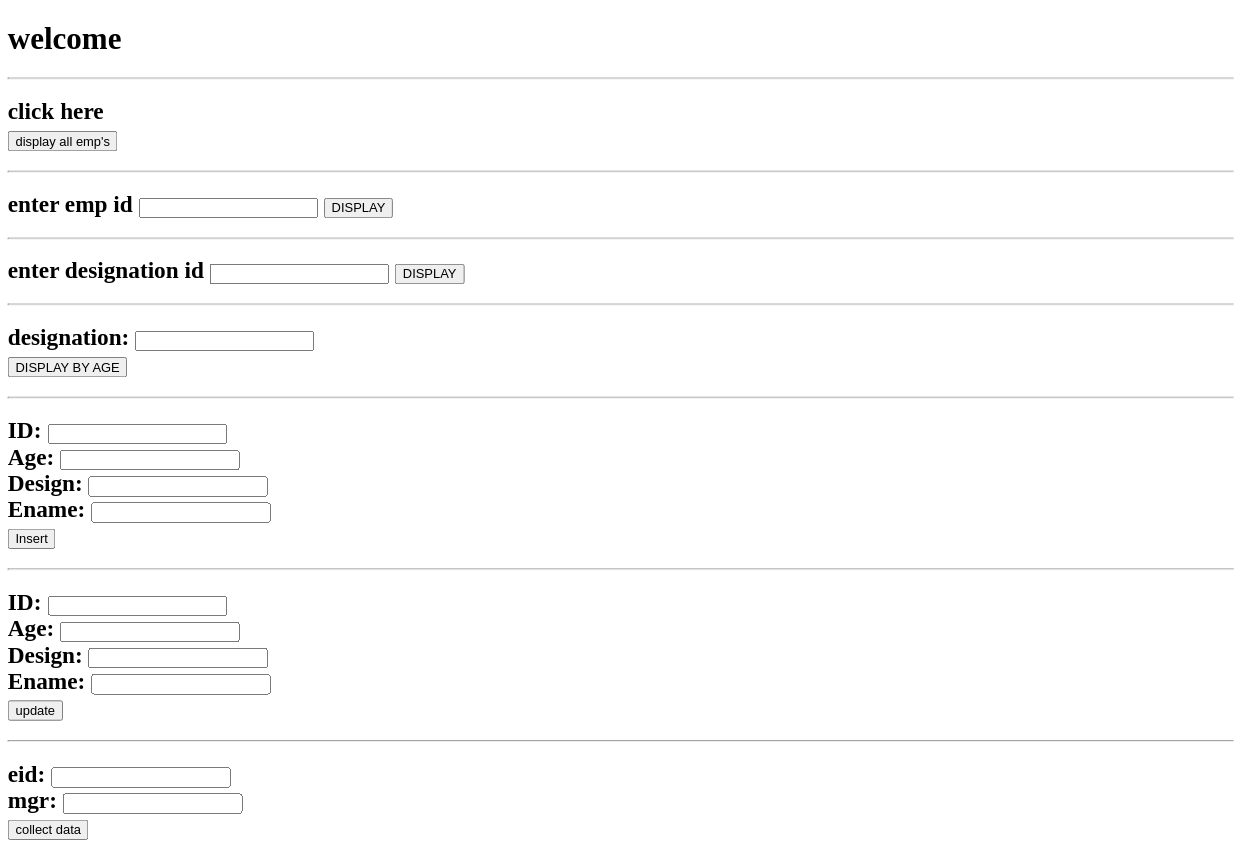
Repository: Saikumar6901/DBSTrainingModules
Page: http://localhost/dbsdemo/Viewall.jsp
These files come from the project's save history. The page is drawn as it stood at one moment and after the next save; the edit follows.
The browser window is 1280 px wide. The pictures show the whole page, at 97% of full size.
The page is served by Tomcat 9.

Above is the page before, as saved 2019-08-17 07:01:06.

After the next save:
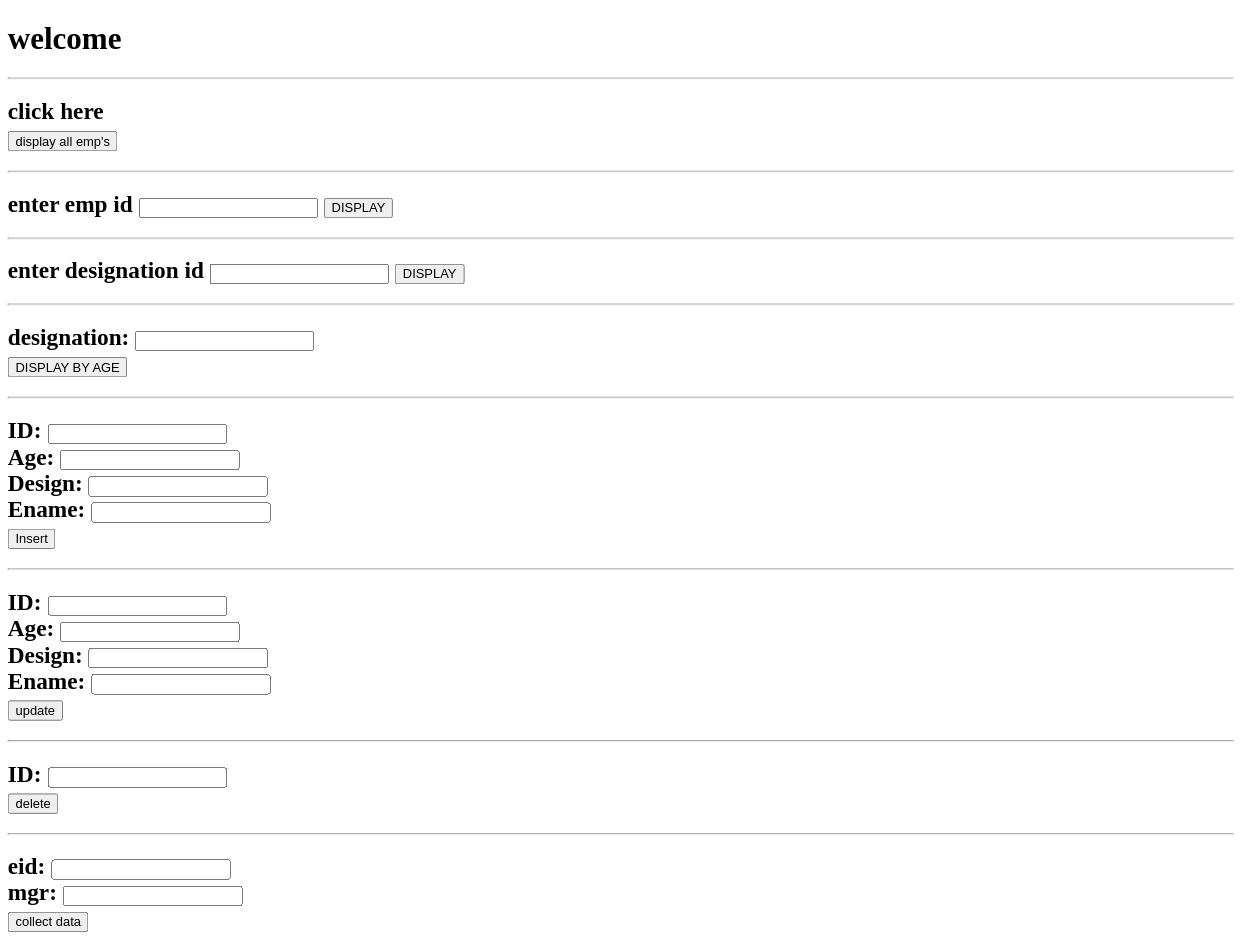
Saved 20 s later.
--- a/workspace-spring-tool-suite-4-4.3.2.RELEASE/dbsdemo/src/main/webapp/Viewall.jsp
+++ b/workspace-spring-tool-suite-4-4.3.2.RELEASE/dbsdemo/src/main/webapp/Viewall.jsp
@@ -68,6 +68,14 @@
 
 <hr>
 
+<form action="deletestmt" method="post">
+<h2>
+ID: <input type="text" name="eid"><br>
+<input type="submit" name="submit" value="delete">
+</h2>
+</form>
+
+<hr>
 <form action="collectdata" method="post">
 <h2>
 eid: <input type="text" name="eid"><br>
